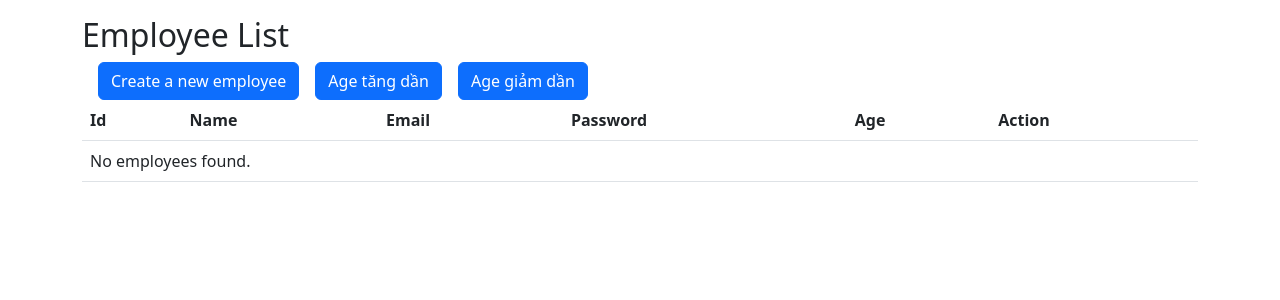
Repository: HoangLinh2001/PHP
Page: http://localhost/age_desc.php
These files come from the project's save history. The page is drawn as it stood at one moment and after the next save; the edit follows.
The browser window is 1280 px wide. The pictures show the whole page.
The page is run by PHP 8.4 with error messages shown; the project is at /var/www/html/. Queries for data that is not in the repository find no rows.

Above is the page before, as saved 2023-06-21 15:23:18.

### DEMOPHPBUOI2/age_desc.php
<!DOCTYPE html>
<html lang="en">

<head>
    <title>Bootstrap Example</title>
    <meta charset="utf-8">
    <meta name="viewport" content="width=device-width, initial-scale=1">
    <link href="https://cdn.jsdelivr.net/npm/bootstrap@5.2.3/dist/css/bootstrap.min.css" rel="stylesheet">
    <script src="https://cdn.jsdelivr.net/npm/bootstrap@5.2.3/dist/js/bootstrap.bundle.min.js"></script>
    <style>
        .create-filter-employee{
            display: flex;
        }
        .create-filter-employee a{
            margin-left: 1rem;
        }
    </style>
</head>

<body>
    <?php
    require_once('connectdb.php');
    $sql = "SELECT * FROM emptb ORDER BY age DESC";
    $result = $con->query($sql);
    ?>
    <div class="container mt-3">
        <h2>Employee List</h2>
        <div class="create-filter-employee">
            <a class="btn btn-primary" href="create_employee.php">Create a new employee</a>
            <a class="btn btn-primary" href="age_asc.php">Age tăng dần</a>
            <a class="btn btn-primary" href="age_desc.php">Age giảm dần</a>
        </div>
        <table class="table">
            <thead>
                <tr>
                    <th>Id</th>
                    <th>Name</th>
                    <th>Email</th>
                    <th>Password</th>
                    <th>Age</th>
                    <th>Action</th>
                </tr>
            </thead>
            <tbody>
                <?php
                if ($result->num_rows > 0) {
                    foreach ($result as $item) {
                ?>
                        <tr>
                            <td><?php echo $item['id'] ?></td>
                            <td><?php echo $item['name'] ?></td>
                            <td><?php echo $item['email'] ?></td>
                            <td><?php echo $item['password'] ?></td>
                            <td><?php echo $item['age'] ?></td>
                            <td>
                                <a class="btn btn-danger" href="delete_employee.php?id=<?php echo $item['id'] ?>">Delete</a>
                                <a class="btn btn-primary" href="update_employee.php?id=<?php echo $item['id'] ?>">Update</a>
                            </td>
                        </tr>
                <?php
                    }
                } else {
                    echo "<tr><td colspan='6'>No employees found.</td></tr>";
                }
                ?>
            </tbody>
        </table>
    </div>
</body>

</html>

### DEMOPHPBUOI2/connectdb.php
<?php
    $serverName = "localhost";
    $username = "root";
    $password = "";
    $dbname = "emdatabase";
    //create connection
    $con = new mysqli($serverName,$username,$password,$dbname);
    //check connection
    // if ($con -> connect_error) {
    //     die("connection failed: ".$con->connect_error);
    // }
    // echo "connect successfully !";
?>

After the next save:
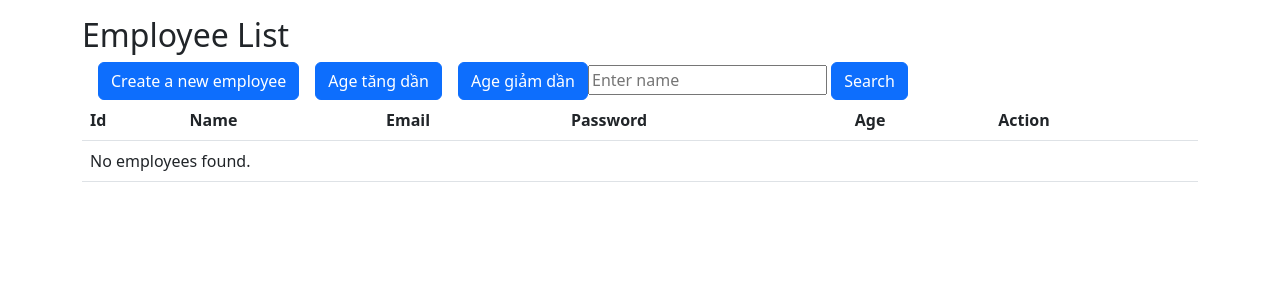
Saved 3 min 53 s later.
--- a/DEMOPHPBUOI2/age_desc.php
+++ b/DEMOPHPBUOI2/age_desc.php
@@ -29,6 +29,10 @@
             <a class="btn btn-primary" href="create_employee.php">Create a new employee</a>
             <a class="btn btn-primary" href="age_asc.php">Age tăng dần</a>
             <a class="btn btn-primary" href="age_desc.php">Age giảm dần</a>
+            <form action="search_name.php" method="GET" class="search-form">
+                <input type="text" name="search_name" placeholder="Enter name" />
+                <button type="submit" class="btn btn-primary">Search</button>
+            </form>
         </div>
         <table class="table">
             <thead>
